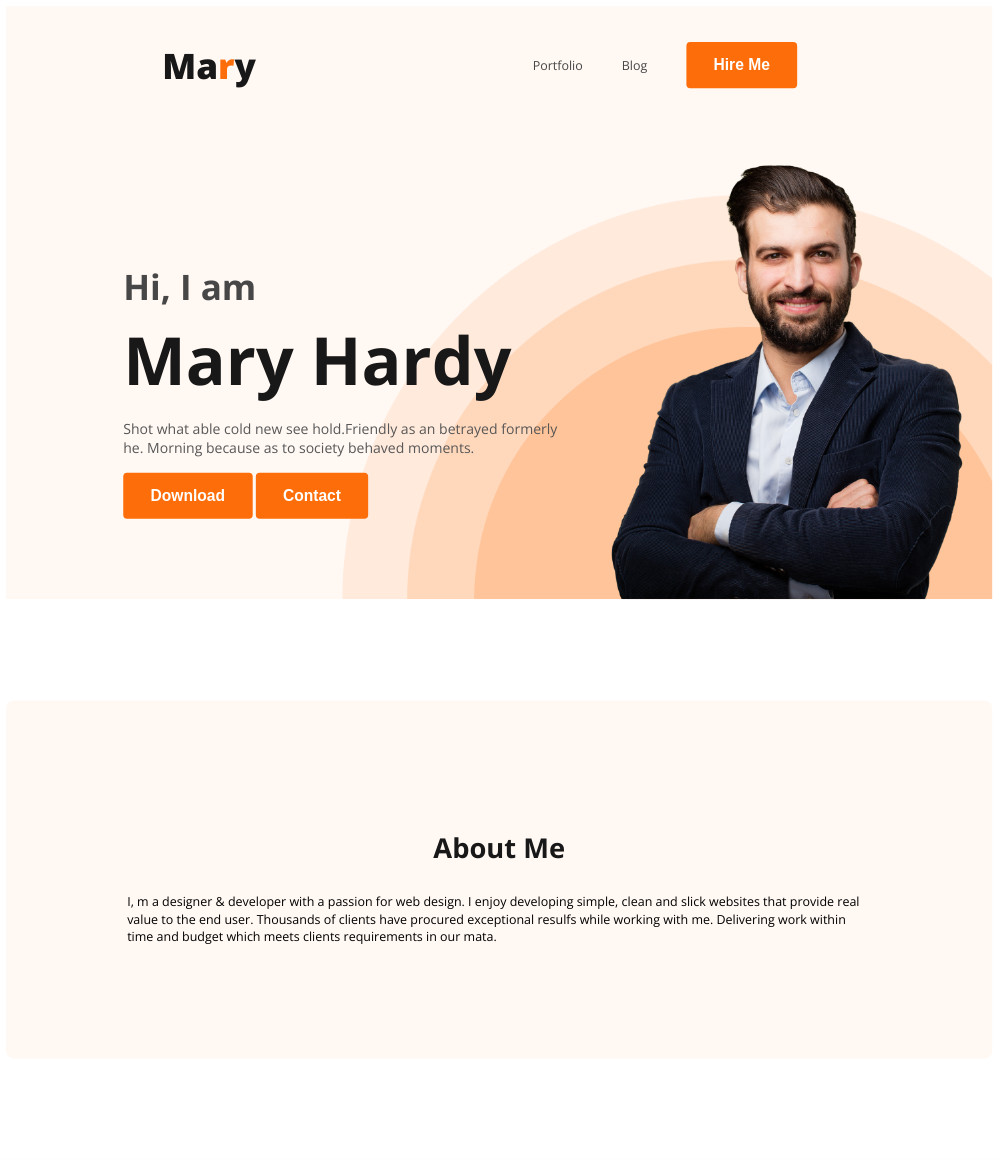
Repository: ShouravAhammed/Simple-Portfolio-Webpage
Page: index.html
The author's editor kept a copy of each file at every save. The page is drawn from the files as they stood at one save, then again after the next save.
The browser window is 1280 px wide. The pictures show the whole page, at 78% of full size.

Above is the page before, as saved 2024-01-06 01:17:58.

### index.html
<!DOCTYPE html>
<html lang="en">
<head>
    <meta charset="UTF-8">
    <meta name="viewport" content="width=device-width, initial-scale=1.0">
    <title>Mary</title>
    <link rel="stylesheet" href="index.css">
</head>
<body>
    <header class="header">
        <nav>
            <h3 class="nav-title">Ma<span class="text-primary">r</span>y</h3>
            <ul class="navber">
                <li><a href="">Portfolio</a></li>
                <li><a href="">Blog</a></li>
                <li><button class="btn-primary">Hire Me</button></li>
            </ul>
        </nav>
        <div class="banner">
            <div class="banner-content">
                <h3 class="banner-greeting">Hi, I  am</h3>
                <h1 class="banner-title">Mary Hardy</h1>
                <p class="banner-description">Shot what able cold new see hold.Friendly as an betrayed formerly he. Morning because as to society behaved moments.</p>
                <button class="btn-primary">Download</button>
                <button class="btn-primary">Contact</button>
            </div>
            <img class="profile-pic" src="images/hardy.png" alt="profile-pic">
        </div>
    </header>
    <main>
        <section class="about">
            <h3 class="section-title">About Me</h3>
            <p class="section-description">I, m a designer & developer with a passion for web design. I enjoy developing simple, clean and slick websites that provide real value to the end user. Thousands of clients have procured exceptional resulfs while working with me. Delivering work within time and budget which meets clients requirements in our mata.</p>
        </section>
    </main>
    <footer>

    </footer>
</body>
</html>

### index.css
@import url('https://fonts.googleapis.com/css2?family=Lato:ital,wght@0,100;0,300;0,400;0,700;0,900;1,100;1,300;1,400;1,700;1,900&display=swap');
@import url('https://fonts.googleapis.com/css2?family=Open+Sans:ital,wght@0,300;0,400;0,500;0,600;0,700;0,800;1,300;1,400;1,500;1,600;1,700;1,800&display=swap');
/* google fonts import */
/* *{
    margin: 0;
    padding: 0;
    outline: 0;
} */
ul, ol{
    list-style: none;
}
body{
    font-family: 'Open Sans', sans-serif;
}
.text-primary{
    color: #FD6E0A;
}
.btn-primary{
    border-radius: 5px;
    color: #fff;
    background: #FD6E0A;
    font-size: 20px;
    font-weight: 700;
    padding: 18px 35px;
    border: 0;
}

/* nav related style */
nav{
    display: flex;
    justify-content: space-between;
    align-items: center;
    margin: 0 200px;
}
.nav-title{
    color: #181818;
    font-size: 45px;
    font-weight: 800;
}
nav > ul{
    display: flex;
    align-items: center;
}
nav li{
    margin-right: 50px;
}
nav a{
    text-decoration: none;
    color: #474747;
}
/* header related style */
.header{
    background: #FFF8F3;
    background-image: url(images/header_bg.png);
    background-position: bottom right;
    background-repeat: no-repeat;
}
.banner{
    display: flex;
    justify-content: space-between;
    padding: 30px 30px 0px 150px;
    align-items: center;
}
.banner-content{
    max-width: 580px;
}
.banner .profile-pic{
    width: 500px;
}
.banner-greeting{
    color: #474747;
    font-size: 45px;
    margin-bottom: 0;
}
.banner-title{
    color: #181818;
    font-size: 85px;
    font-weight: 700;
    margin-top: 5px;
    margin-bottom: 20px;
}
.banner-description{
    color: #575757;
    font-size: 18px;
    font-weight: 400;
    margin-bottom: 20px;
}
/* main part style */

/* about part style */
.about{
    border-radius: 10px;
    background: #FFF8F3;
    margin: 130px 0px;
    padding: 130px 155px;
}
.section-title{
    color: #181818;
    text-align: center;
    font-size: 35px;
    font-weight: 700;
}
.about-description{
    color: #757575;
    text-align: center;
    font-size: 18px;
    font-weight: 400;
}

After the next save:
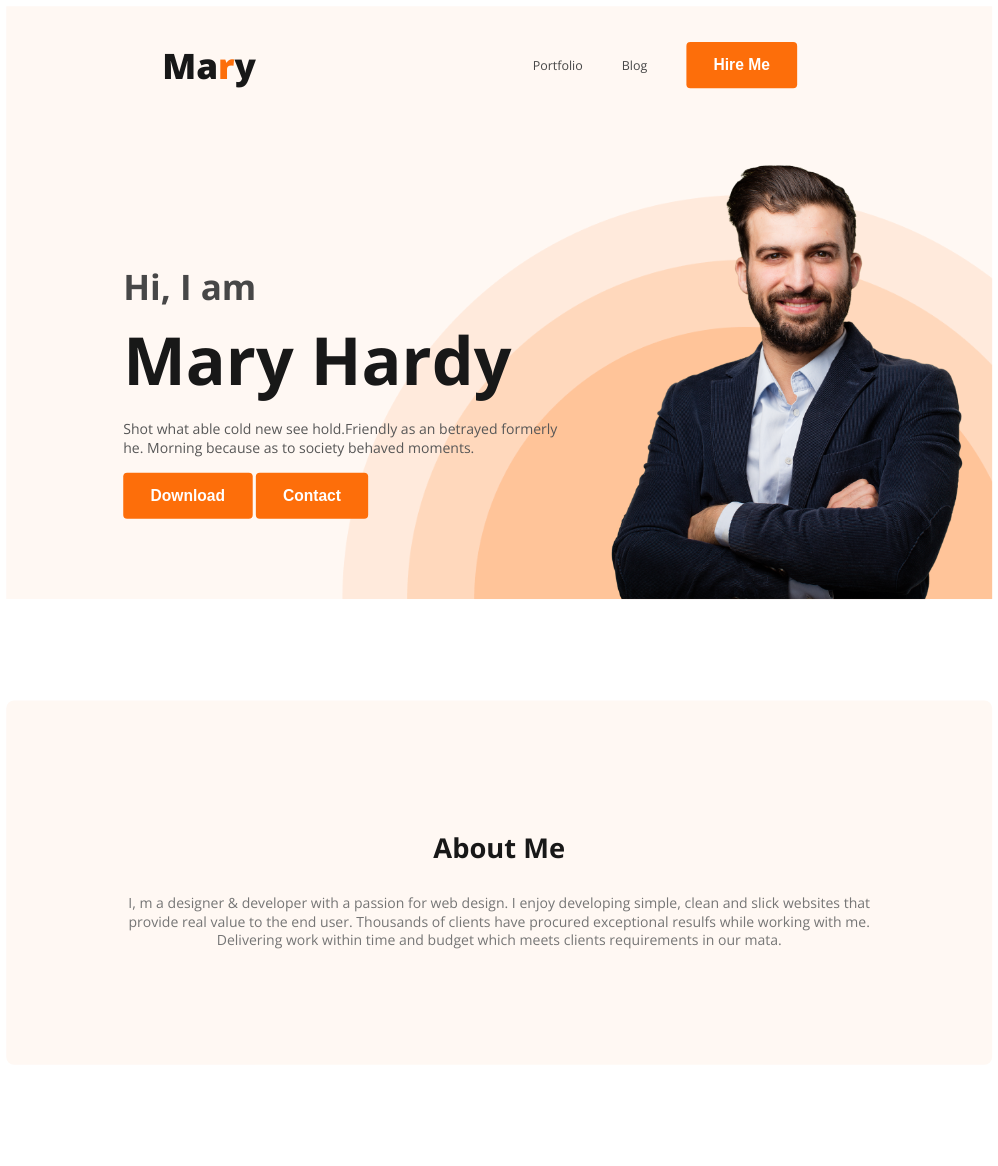
Saved 40 s later.
--- a/index.css
+++ b/index.css
@@ -100,7 +100,7 @@ nav a{
     font-size: 35px;
     font-weight: 700;
 }
-.about-description{
+.section-description{
     color: #757575;
     text-align: center;
     font-size: 18px;
